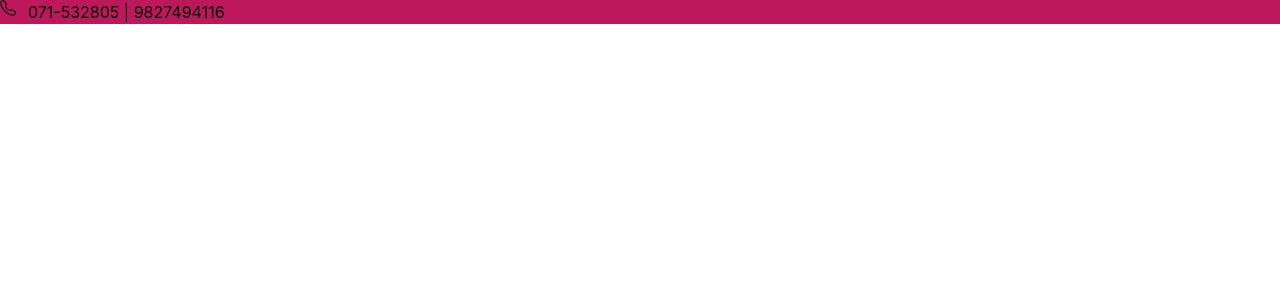
Repository: Sushant203/react-training-
Page: /
These files come from the project's save history. The page is drawn as it stood at one moment and after the next save; the edit follows.
The browser window is 1280 px wide. The pictures show the whole page.
The project was rebuilt for these pictures with package versions that can differ from the ones it lists, and the page was loaded fresh each time. Also part of the build but not shown: src/App.css.

Above is the page before, as saved 2022-12-15 00:37:36.

After the next save:
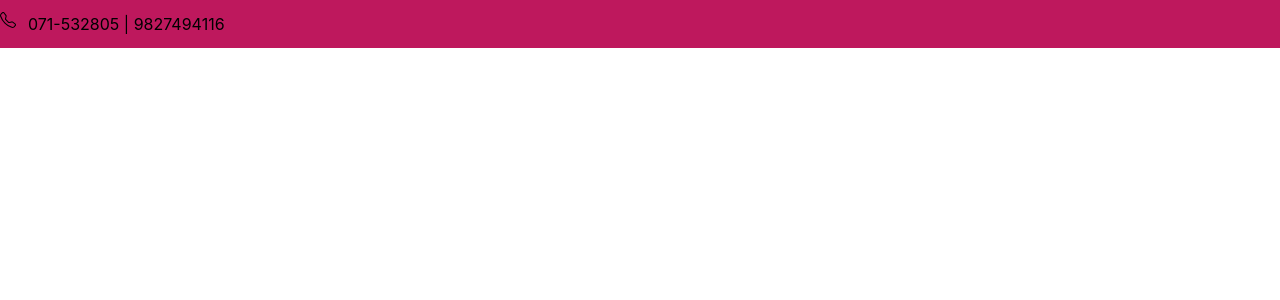
Saved 18 s later.
--- a/src/components/UpperNav.jsx
+++ b/src/components/UpperNav.jsx
@@ -4,7 +4,7 @@ import { BsTelephone } from "react-icons/bs";
 const UpperNav = () => {
   return (
     <div>
-      <div className="bg-pink-700 text-center">
+      <div className="bg-pink-700 text-center py-3">
         <div className="flex gap-3">
           <BsTelephone />
           <p>071-532805 | 9827494116</p>
